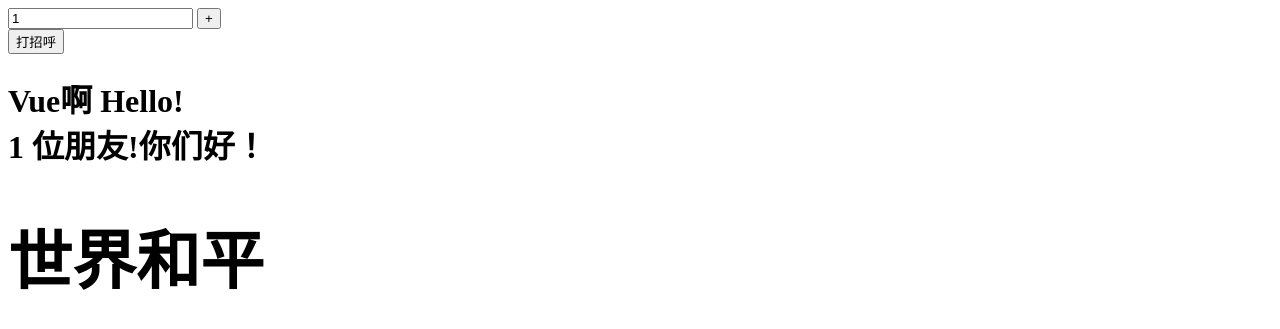
Repository: SOROoi/Web_front-end
Page: Web01_Vue/src/main/webapp/index.html
The author's editor kept a copy of each file at every save. The page is drawn from the files as they stood at one save, then again after the next save.
The browser window is 1280 px wide. The pictures show the whole page.

Above is the page before, as saved 2020-07-11 08:48:20.

After the next save:
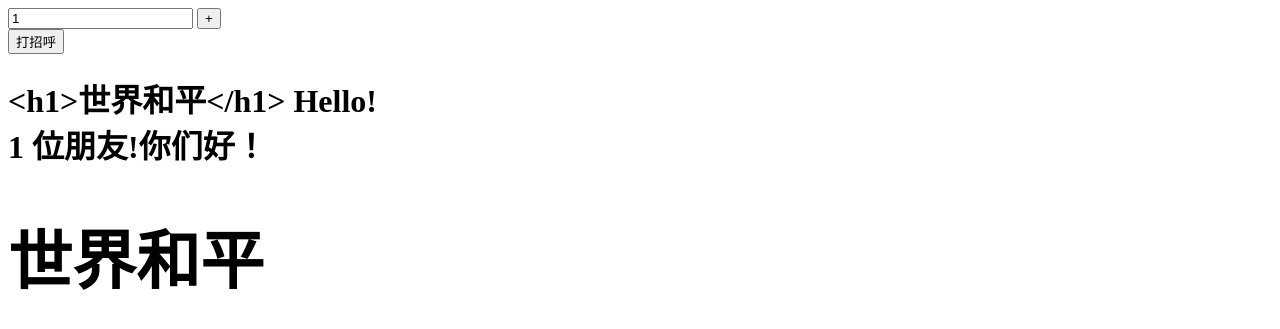
Saved 47 s later.
--- a/Web01_Vue/src/main/webapp/index.html
+++ b/Web01_Vue/src/main/webapp/index.html
@@ -12,7 +12,7 @@
 		<button @click="num++">+</button><br>
 		<button @click="sayhi('大家都好！')">打招呼</button>
 		<h1>
-			<span v-text="name"></span> Hello! <br> {{num}} 位朋友!{{message}}<br>
+			<span v-text="word"></span> Hello! <br> {{num}} 位朋友!{{message}}<br>
 			<span v-html="word"></span>
 		</h1>
 	</div>

After the save that followed:
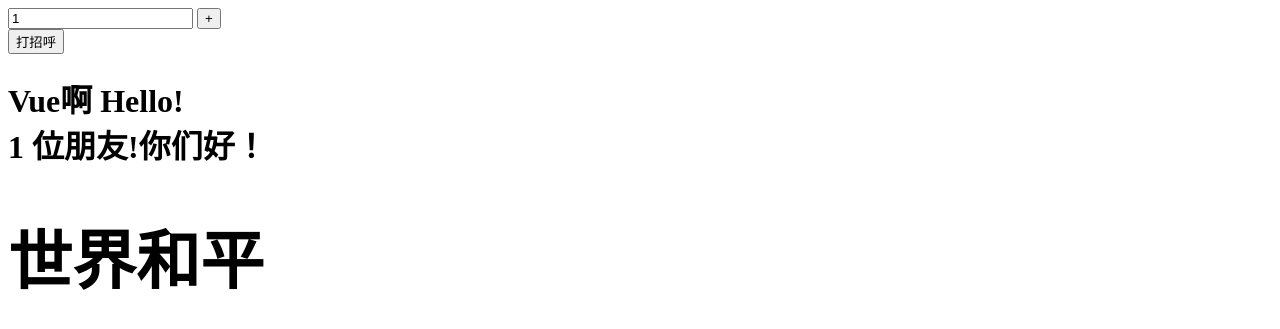
Saved 30 s later.
--- a/Web01_Vue/src/main/webapp/index.html
+++ b/Web01_Vue/src/main/webapp/index.html
@@ -12,7 +12,7 @@
 		<button @click="num++">+</button><br>
 		<button @click="sayhi('大家都好！')">打招呼</button>
 		<h1>
-			<span v-text="word"></span> Hello! <br> {{num}} 位朋友!{{message}}<br>
+			<span v-text="name"></span> Hello! <br> {{num}} 位朋友!{{message}}<br>
 			<span v-html="word"></span>
 		</h1>
 	</div>
